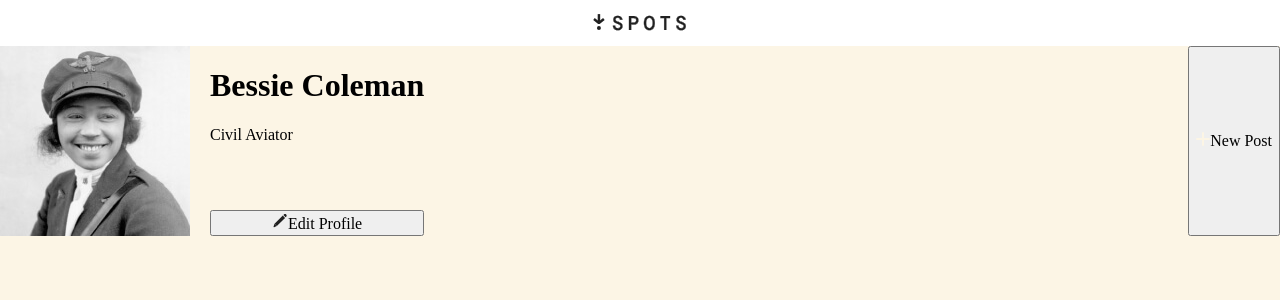
Repository: riffey55/se_project_spots
Page: index.html
The author's editor kept a copy of each file at every save. The page is drawn from the files as they stood at one save, then again after the next save.
The browser window is 1280 px wide. The pictures show the whole page.

Above is the page before, as saved 2025-05-19 17:11:20.

After the next save:
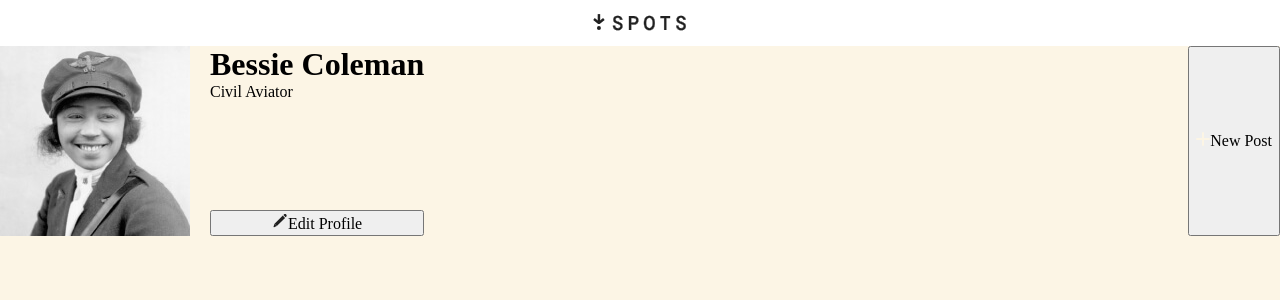
Saved 2 min 6 s later.
--- a/blocks/profile.css
+++ b/blocks/profile.css
@@ -11,7 +11,7 @@
   flex-direction: column;
 }
 
-.profile__title {
+.profile__name {
   margin: 0;
 }
 
